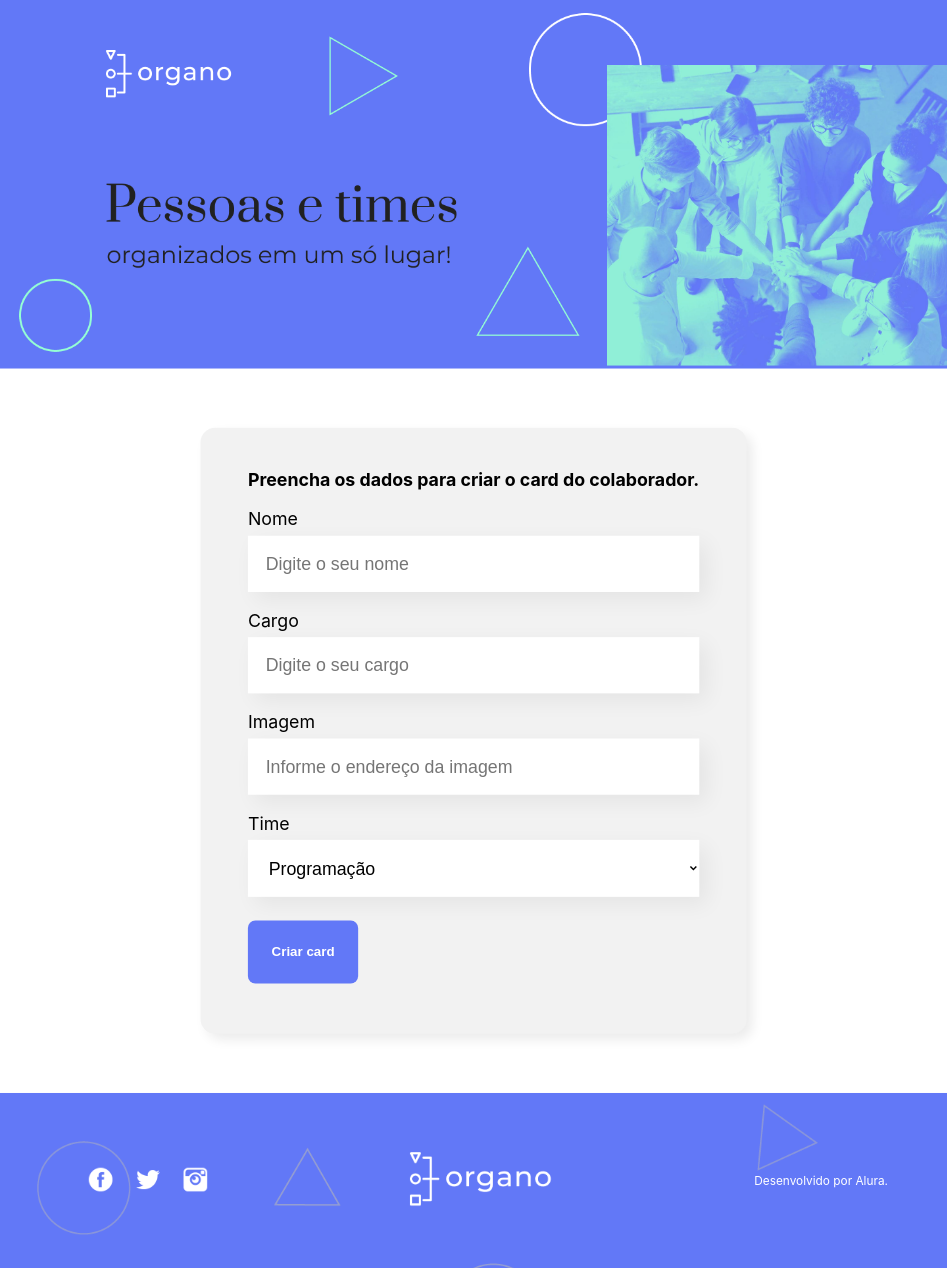
Repository: devMuriloOliveira/organo
Page: /
An editor plug-in stored every save of this project. The page is shown before and after the next save, followed by the edit.
The browser window is 1280 px wide. The pictures show the whole page, at 74% of full size.
The project was rebuilt for these pictures with package versions that can differ from the ones it lists, and the page was loaded fresh each time. Also part of the build but not shown: src/componentes/Colaborador/Colaborador.css, src/componentes/Colaborador/index.js, src/componentes/Time/Time.css, src/componentes/Time/index.js.

Above is the page before, as saved 2023-01-14 16:17:52.

### src/App.js

import { useState } from 'react'
import Banner from './componentes/Banner/Banner'
import Formulario from './componentes/Formulario'
import Rodape from './componentes/Rodape'
import Time from './componentes/Time'


function App() {

  const times = [
    {
      nome: 'Programação',
      corPrimaria: '#57C278',
      corSecundaria: '#D9F7E9',
    },
    {
      nome: 'Front-End',
      corPrimaria: '#82CFFA',
      corSecundaria: '#E8F8FF',

    },
    {
      nome: 'Data Science',
      corPrimaria: '#A6D157',
      corSecundaria: '#F0F8E2',

    },
    {
      nome: 'Devops',
      corPrimaria: '#E06B69',
      corSecundaria: '#FDE7E8',

    },
    {
      nome: 'UX e Design',
      corPrimaria: '#DB6EBF',
      corSecundaria: '#FAE9F5',

    },
    {
      nome: 'Mobile',
      corPrimaria: '#FFBA05',
      corSecundaria: '#FFF5D9',

    },
    {
      nome: 'Inovação e Gestão',
      corPrimaria: '#FF8A29',
      corSecundaria: '#FFEEDF',

    }

  ]

  const [colaboradores, setColaboradores] = useState([])

  const aoNovoColaboradorAdicionado = (colaborador) => {

    setColaboradores([...colaboradores, colaborador])
  }

  return (
    <div className="App">
      <Banner/>
      <Formulario times={times.map(time => time.nome)} aoColaboradorCadastrado={colaborador => aoNovoColaboradorAdicionado(colaborador)} />
      {times.map(time => <Time
      key={time.nome}
      nome={time.nome}
      corPrimaria={time.corPrimaria}
      corSecundaria={time.corSecundaria}
      imagemDeFundo={time.imagemDeFundo}
      colaboradores={colaboradores.filter(colaborador => colaborador.time === time.nome)}
      />)}

      <Rodape />

    </div>
  )
}

export default App

### src/componentes/Banner/Banner.js
import './Banner.css'

function Banner() {
  return (
    <header className="banner">
      <img src="/imagens/banner.png" alt="O banner principal da pagina Organo"/>
    </header>


    )

}

export default Banner

### src/componentes/Formulario/index.js
import { useState } from 'react'
import Botao from '../Botao'
import CampoTexto from '../CampoTexto'
import ListaSuspensa from '../ListaSuspensa'
import './Formulario.css'

const Formulario = (props) =>{



    const [nome, setNome] = useState('')
    const [cargo, setCargo] = useState('')
    const [imagem, setImagem] = useState('')
    const [time, setTime] = useState('')



    const aoSalvar = (evento) => {
      evento.preventDefault()
      props.aoColaboradorCadastrado({
        nome,
        cargo,
        imagem,
        time
      })
      setNome ('')
      setCargo ('')
      setImagem ('')
      setTime ('')
    }

  return(

    <section className='formulario'>
      <form onSubmit={aoSalvar}>
        <h2>Preencha os dados para criar o card do colaborador.</h2>
      <CampoTexto
      obrigatorio={true}
      label="Nome"
      placeholder="Digite o seu nome"
      valor={nome}
      aoAuterado={valor => setNome(valor)}/>

      <CampoTexto
      obrigatorio={true}
      label="Cargo"
      placeholder="Digite o seu cargo"
      valor={cargo}
      aoAuterado={valor => setCargo(valor)}/>

      <CampoTexto
       label="Imagem"
       placeholder="Informe o endereço da imagem"
       valor={imagem}
       aoAuterado={valor => setImagem(valor)}/>
      <ListaSuspensa
      obrigatorio={true}
      label="Time"
       itens={props.times}
       valor={time}
       aoAuterado={valor => setTime(valor)}/>
      <Botao>
        Criar card
      </Botao>
      </form>
    </section>
  )
}

export default Formulario

### src/componentes/Rodape/index.js
//src/componentes/Rodape/index.js

import './rodape.css'

const Rodape = () => {
    return (<footer className="footer">
        <section>
            <ul>
                <li>
                    <a href="facebook.com" target="_blank">
                        <img src="/imagens/fb.png" alt="" />
                    </a>
                </li>
                <li>
                    <a href="twitter.com" target="_blank">
                        <img src="/imagens/tw.png" alt="" />
                    </a>
                </li>
                <li>
                    <a href="instagram.com" target="_blank">
                        <img src="/imagens/ig.png" alt="" />
                    </a>
                </li>
            </ul>
        </section>
        <section>
            <img src="/imagens/logo.png" alt="" />
        </section>
        <section>
            <p>
                Desenvolvido por Alura.
            </p>
        </section>
    </footer>)
}

export default Rodape

### src/componentes/Banner/Banner.css
.banner {
  background-color: #6278F7;
  text-align: center;
}

.banner img {
  max-width: 100%;
}

### src/componentes/Botao/index.js
import './Botao.css'

const Botao = (props) =>{
  return(
      <button className='botao'>
        {props.children}
      </button>
  )
}

export default Botao

### src/componentes/CampoTexto/index.js
import './CampoTexto.css'

const CampoTexto = (props) =>{



  const aiDigitado = (evento) =>{
  props.aoAuterado(evento.target.value)
}

  return(
    <div className="campo-texto">
      <label>{props.label}</label>
      <input value={props.valor} onChange={aiDigitado} required={props.obrigatorio} placeholder={props.placeholder}/>
    </div>
  )
}

export default CampoTexto

### src/componentes/ListaSuspensa/index.js
import './ListaSuspensa.css'

const ListaSuspensa = (props) => {
  return(
    <div className='lista-suspensa'>
        <label>{props.label}</label>
        <select onChange={evento => props.aoAuterado(evento.target.value)} required={props.required} value={props.valor}>
          {props.itens.map(item => {
            return <option key={item}>{item}</option>
          })}
        </select>
    </div>
  )
}

export default ListaSuspensa

### src/componentes/Formulario/Formulario.css
.formulario {
  display: flex;
  justify-content: center;
  margin: 80px 0;
}

.formulario form {
  max-width: 80%;
  background-color: #f2f2f2;
  border-radius: 20px;
  padding: 36px 64px;
  box-shadow: 8px 8px 16px rgba(0, 0, 0, 0.08);
}

### src/componentes/Rodape/rodape.css
/* src/componentes/Rodape/index.js */

.footer {
  background: #6278F7;
  background-image: url('/public/imagens/fundo.png');
  color: #FFF;
  padding: 80px;
  display: flex;
  justify-content: space-between;
  align-items: center;
}

.footer ul li {
  display: inline-block;
  margin-right: 32px;
}

.footer ul li:last-child {
  margin-right: 0;
}

### src/componentes/Botao/Botao.css
.botao {
  background-color: #6278F7;
  border-radius: 10px;
  font-weight: 700;
  font-size: 18px;
  padding: 32px;
  border: none;
  cursor: pointer;
  color: #fff;
  margin: 32px 0;
}

.botao:hover {
  color: #95ffd4;
}

### src/componentes/CampoTexto/CampoTexto.css
.campo-texto {
  margin: 24px 0;
}

.campo-texto label {
  display: block;
  margin-bottom: 8px;
  font-size: 24px;
}

.campo-texto input {
  background-color: #fff;
  box-shadow: 10px 10px 30px rgba(0, 0, 0, 0.06);
  width: 100%;
  border: none;
  font-size: 24px;
  padding: 24px;
  box-sizing: border-box;
}

### src/componentes/ListaSuspensa/ListaSuspensa.css
.lista-suspensa label {
  display: block;
  margin-bottom: 8px;
  font-size: 24px;
}

.lista-suspensa select {
  background-color: #fff;
  box-shadow: 10px 10px 30px rgba(0, 0, 0, 0.06);
  width: 100%;
  border: none;
  font-size: 24px;
  padding: 24px;
  box-sizing: border-box;
}

Loaded but not shown: public/index.html (common file); src/index.js (common file); src/index.css (common file)

After the next save:
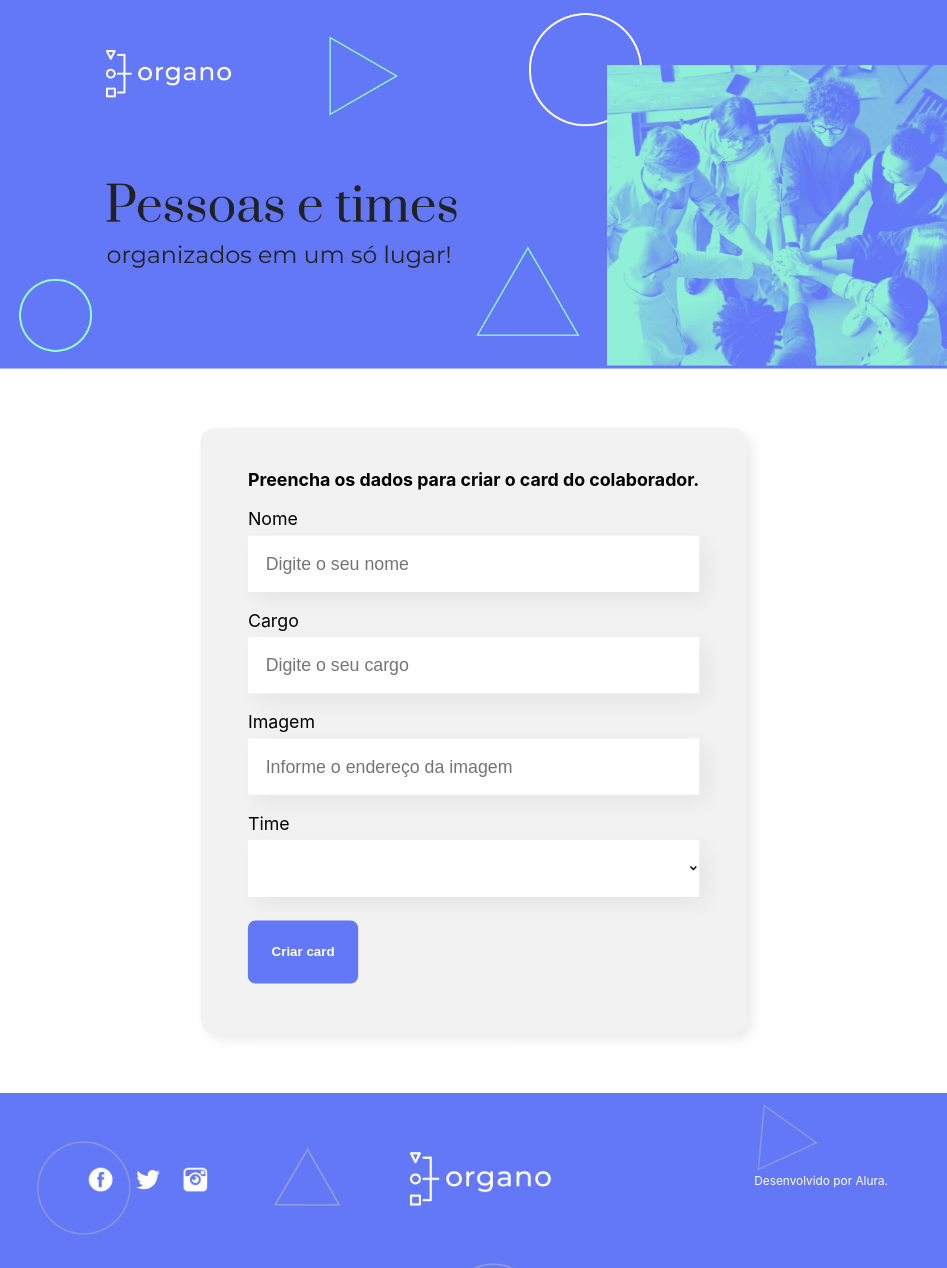
Saved 106 s later.
--- a/src/componentes/ListaSuspensa/index.js
+++ b/src/componentes/ListaSuspensa/index.js
@@ -5,6 +5,7 @@ const ListaSuspensa = (props) => {
     <div className='lista-suspensa'>
         <label>{props.label}</label>
         <select onChange={evento => props.aoAuterado(evento.target.value)} required={props.required} value={props.valor}>
+          <option value={""}></option>
           {props.itens.map(item => {
             return <option key={item}>{item}</option>
           })}
